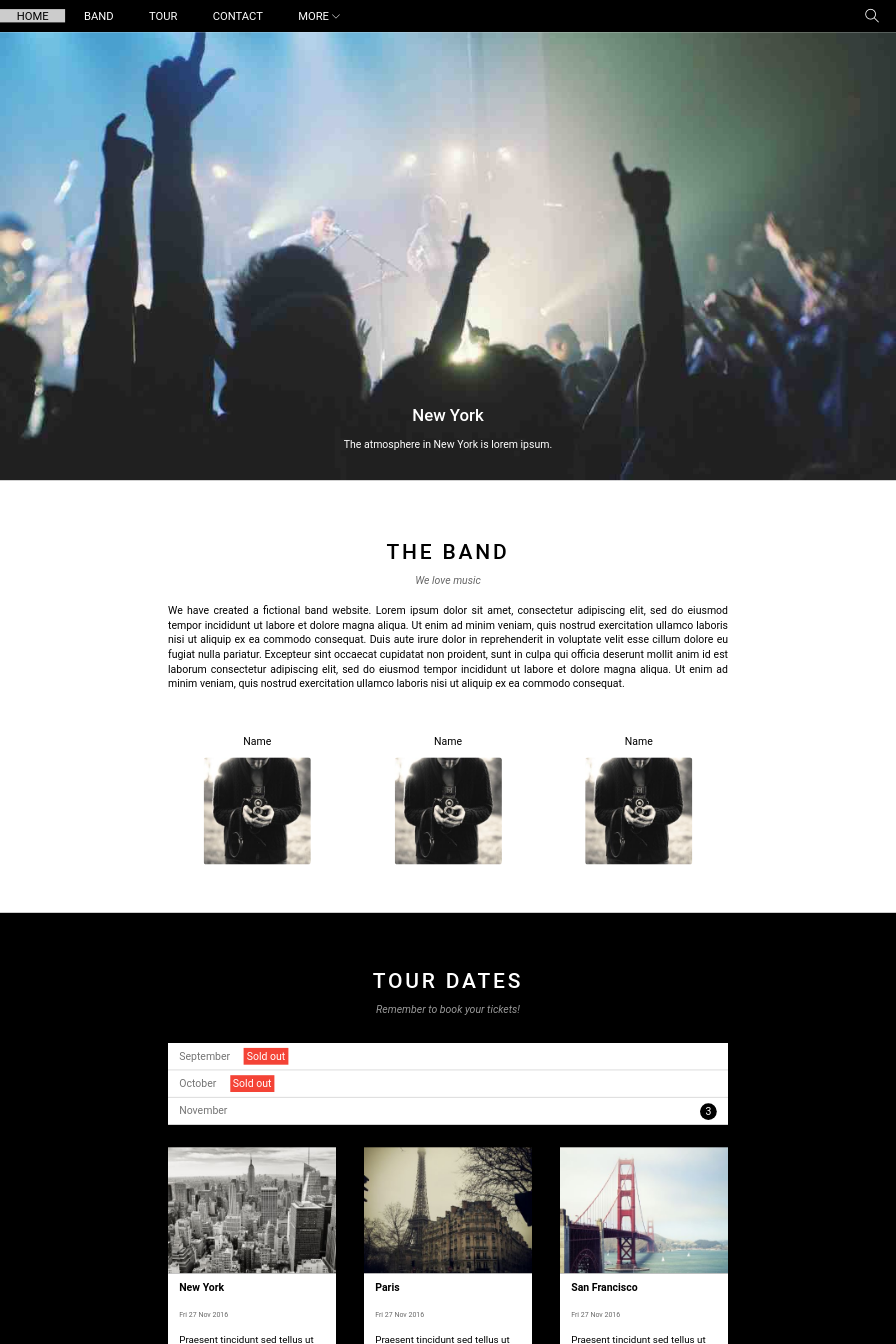
Repository: vuongld315/myLandingPage
Page: index.html
These files come from the project's save history. The page is drawn as it stood at one moment and after the next save; the edit follows.
The browser window is 1280 px wide. The pictures show the part of the page from y = 0 to 1920 px (the page is 3428 px tall before and 4718 px after), at 70% of full size.

Above is the page before, as saved 2022-07-29 13:39:15.

After the next save:
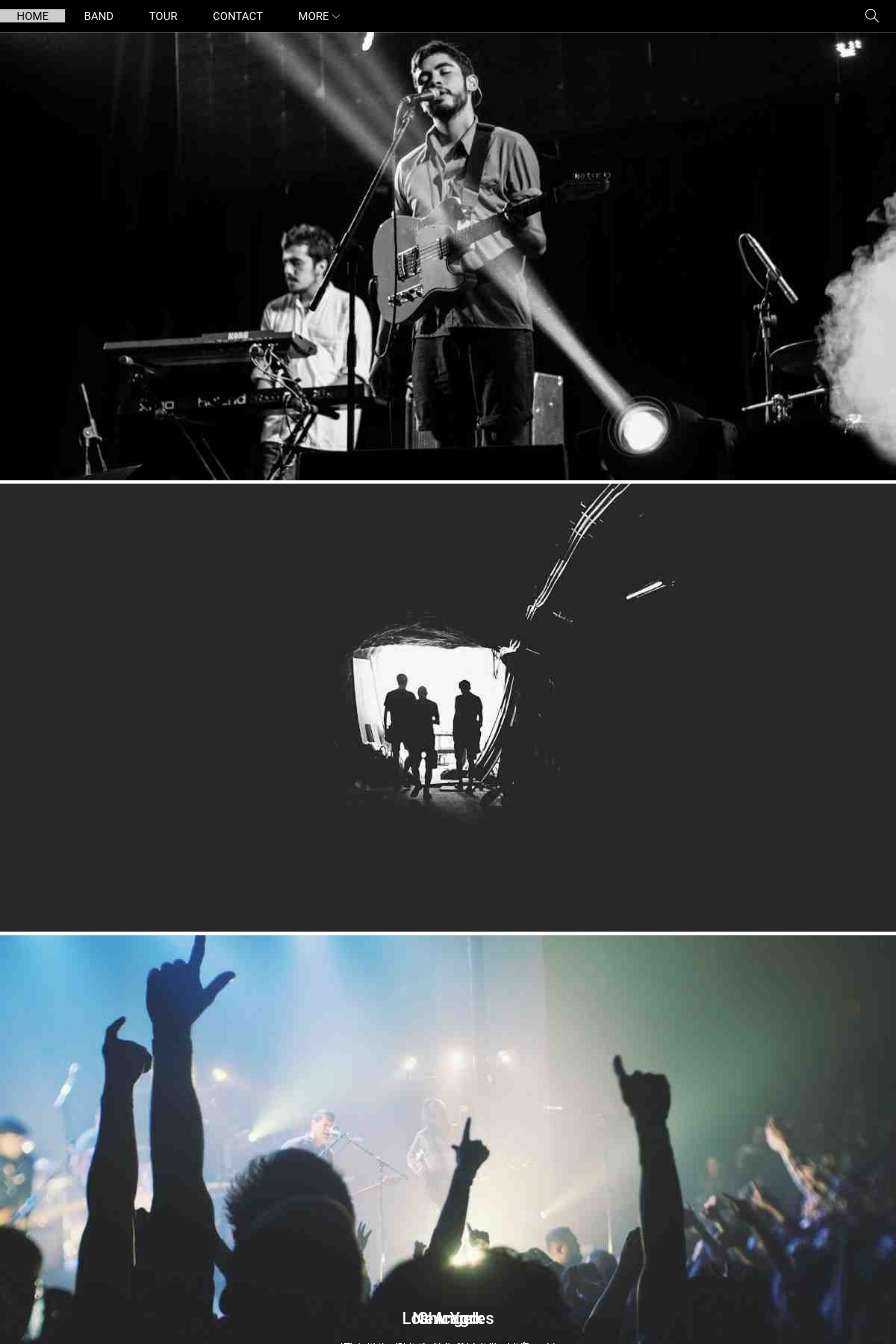
Console error: SyntaxError: Unexpected token 'var'
Saved 5 s later.
--- a/main.js
+++ b/main.js
@@ -15,7 +15,7 @@
 showSlides();
 
 // clich mobile-menu-icon
-
+var
 
 // Open modal
 var modal = document.querySelector('.modal');

After the 5 saves that followed:
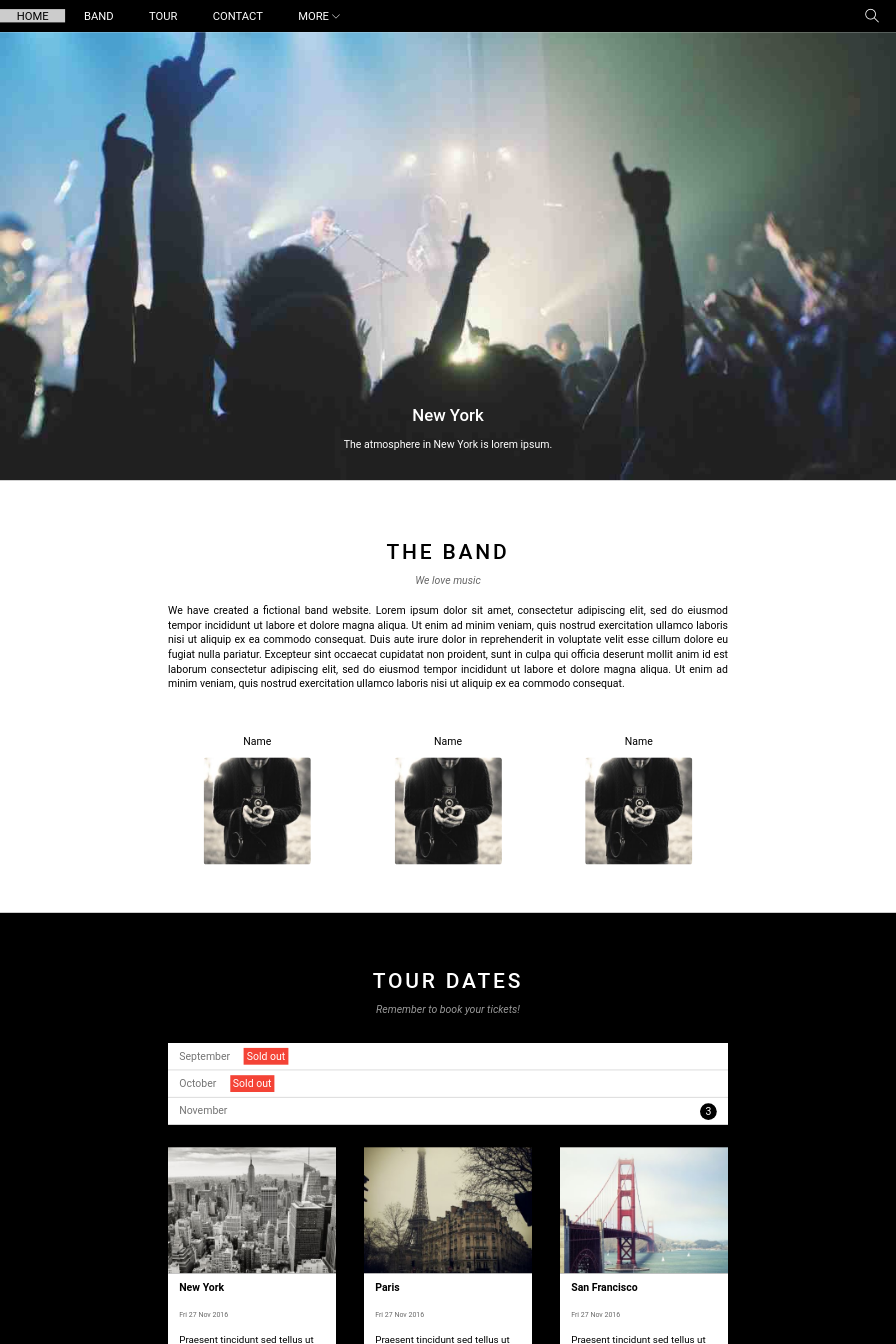
The error is gone.
The 5 saves are shown as one change because 1 left the picture as it was and some came seconds apart.
The last was saved 51 s later.
--- a/main.js
+++ b/main.js
@@ -15,7 +15,7 @@
 showSlides();
 
 // clich mobile-menu-icon
-var
+var menuBtn
 
 // Open modal
 var modal = document.querySelector('.modal');
